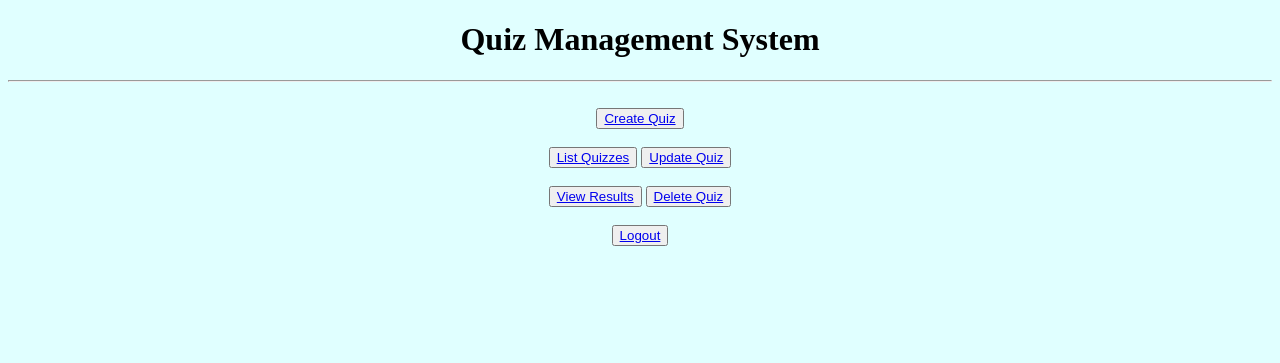
Repository: Rohitsenpai01/Quiz-Manangement-System
Page: http://localhost/WebQuizApp/admin.jsp
These files come from the project's save history. The page is drawn as it stood at one moment and after the next save; the edit follows.
The browser window is 1280 px wide. The pictures show the whole page.
The page is served by Tomcat 9. Other server files are loaded and not shown.

Above is the page before, as saved 2025-12-29 06:57:06.

### WebQuizApp/WebQuizApp/src/main/webapp/admin.jsp
<%@ page language="java" contentType="text/html; charset=UTF-8"
    pageEncoding="UTF-8"%>
<!DOCTYPE html>
<html>
<head>
<meta charset="UTF-8">
<title>Insert title here</title>
</head>
<body bgcolor="${initParam.theme}">
	<h1 style="text-align: center;">${initParam.appTitle}</h1><hr><br>
	<div style="text-align: center;">
		<button><a href="index.jsp">Create Quiz</a></button><br><br>
		<button><a href="index.jsp">List Quizzes</a></button>
		<button><a href="index.jsp">Update Quiz</a></button><br><br>
		<button><a href="index.jsp">View Results</a></button>
		<button><a href="index.jsp">Delete Quiz</a></button><br><br>
		<button><a href="logout.jsp">Logout</a></button>
	</div>
</body>
</html>

After the next save:
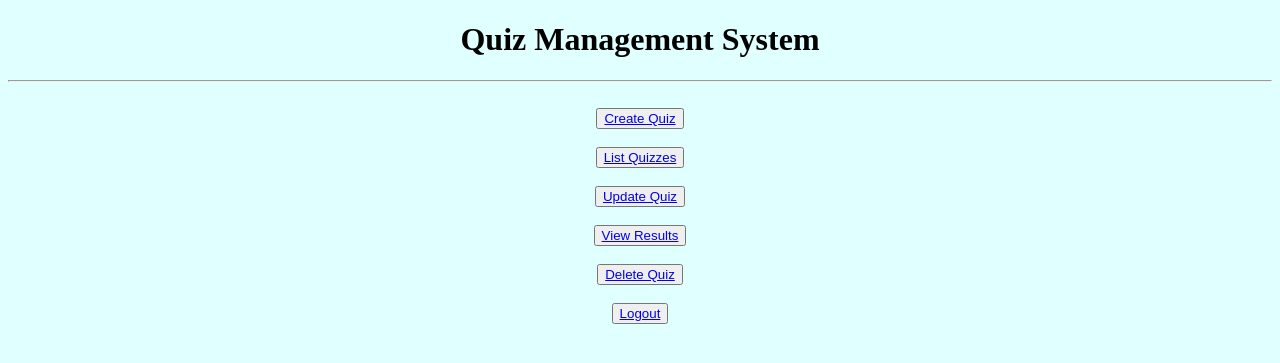
Saved 33 s later.
--- a/WebQuizApp/WebQuizApp/src/main/webapp/admin.jsp
+++ b/WebQuizApp/WebQuizApp/src/main/webapp/admin.jsp
@@ -10,9 +10,9 @@
 	<h1 style="text-align: center;">${initParam.appTitle}</h1><hr><br>
 	<div style="text-align: center;">
 		<button><a href="index.jsp">Create Quiz</a></button><br><br>
-		<button><a href="index.jsp">List Quizzes</a></button>
+		<button><a href="index.jsp">List Quizzes</a></button><br><br>
 		<button><a href="index.jsp">Update Quiz</a></button><br><br>
-		<button><a href="index.jsp">View Results</a></button>
+		<button><a href="index.jsp">View Results</a></button><br><br>
 		<button><a href="index.jsp">Delete Quiz</a></button><br><br>
 		<button><a href="logout.jsp">Logout</a></button>
 	</div>
